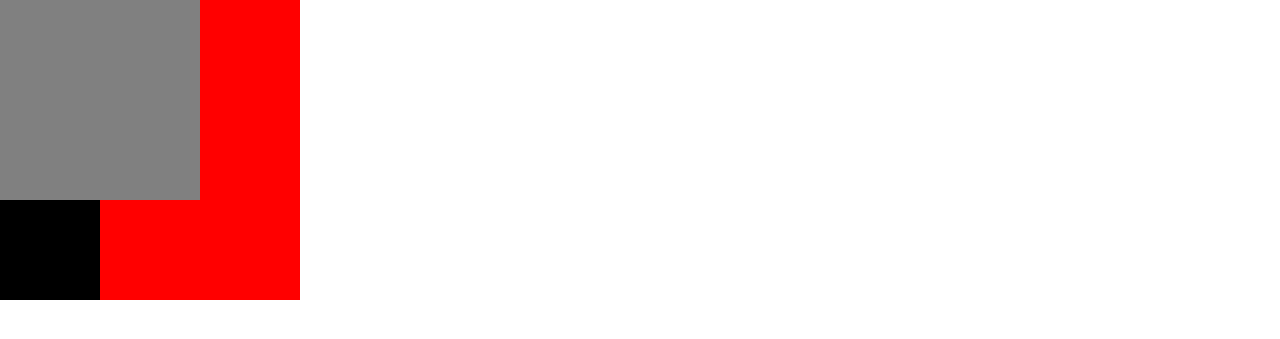
Repository: 2077Alex/Frond_End_Practice
Page: day05/00-课堂作业/20-综合案例二-新闻列表/p.html
The author's editor kept a copy of each file at every save. The page is drawn from the files as they stood at one save, then again after the next save.
The browser window is 1280 px wide. The pictures show the whole page.

Above is the page before, as saved 2024-06-05 18:50:01.

After the next save:
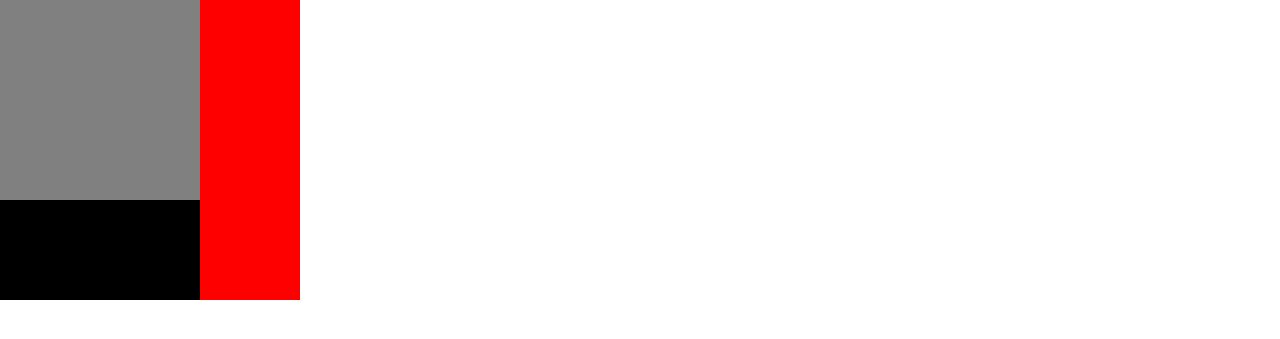
Saved 7 s later.
--- a/day05/00-课堂作业/20-综合案例二-新闻列表/p.html
+++ b/day05/00-课堂作业/20-综合案例二-新闻列表/p.html
@@ -24,7 +24,7 @@
             background-color: gray;
         }
         .bdBox{
-            width: 100px;
+            width: 200px;
             height: 100px;
             background-color: black;
         }
